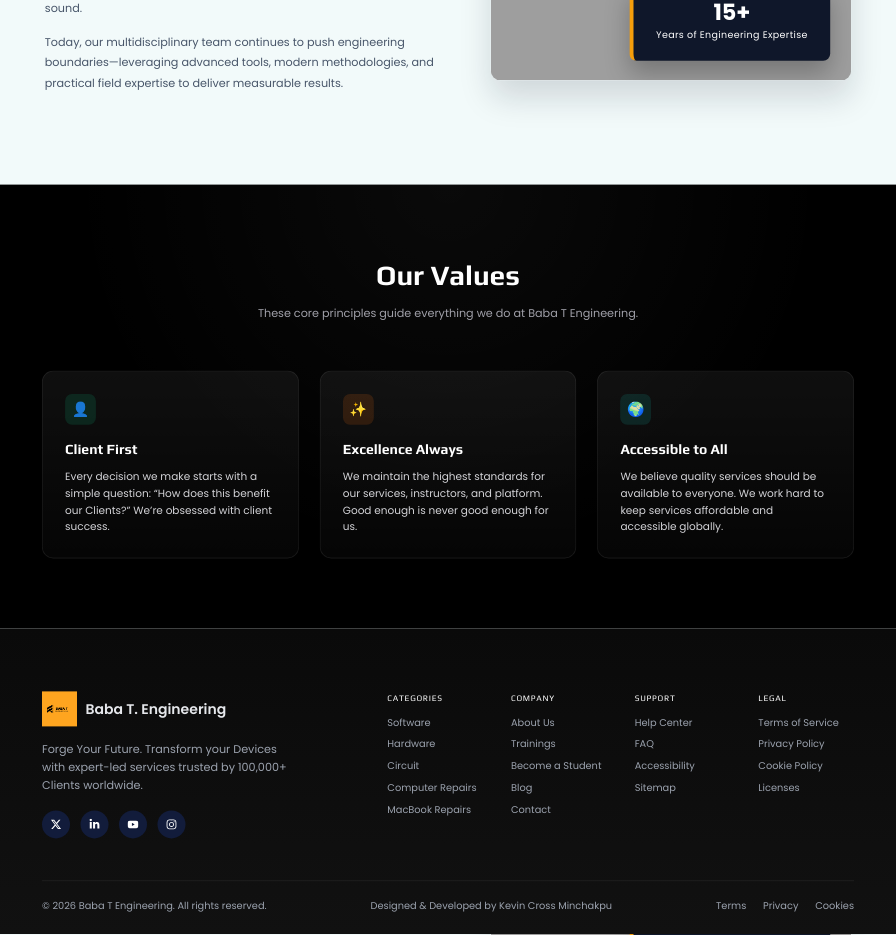
Repository: KC-Minchakpu/babatunde
Page: /about
These files come from the project's save history. The page is drawn as it stood at one moment and after the next save; the edit follows.
The browser window is 1280 px wide. The pictures show the part of the page from y = 974 to 2894 px (the page is 2309 px tall before and 2894 px after), at 70% of full size.
Pictures or frames that could not be fetched are drawn as grey boxes. The project was rebuilt for these pictures with package versions that can differ from the ones it lists, and the page was loaded fresh each time. The framework's server and built-in components were replaced by stand-ins that run in the browser. Also part of the build but not shown: next.config.ts.

Above is the page before, as saved 2026-02-21 10:15:42.

### src/app/layout.tsx
import type { Metadata } from "next";
import { Play, Poppins } from "next/font/google";
import "./globals.css";
import Header from "@/components/Header/Header";
import Footer from "@/components/Footer/Footer";

const play = Play({
  variable: "--font-play",
  subsets: ["latin"],
  weight: ["400", "700"],
});

const poppins = Poppins({
  variable: "--font-poppins",
  subsets: ["latin"],
  weight: ["400", "500", "600", "700"],
});

export const metadata: Metadata = {
  title: "Baba T Engineering",
  description: "Official web app of Baba T Engineering, a leading engineering company specializing in innovative solutions and cutting-edge technology.",
};

export default function RootLayout({
  children,
}: Readonly<{
  children: React.ReactNode;
}>) {
  return (
    <html lang="en">
      <body
        className={`${play.variable} ${poppins.variable} antialiased`}
      >
        <Header />
        {children}
        <Footer />
      </body>
    </html>
  );
}

### src/app/about/page.tsx
import AboutSection from "@/components/About/AboutSection";
import AboutHero from "@/components/About/AboutHero";
import Values from "@/components/Values/Values";


export default function OurTeamPage() {
  return (
    <>
      <AboutHero />
      <AboutSection />
      <Values />
    </>
  )}

### src/app/globals.css
@import "tailwindcss";

:root {
  --background: #f2fafa;
  --foreground: #1f1e1e;
}

body {
  background: var(--background);
  color: var(--foreground);
  font-family: var(--font-poppins);
}

h1, h2, h3, h4, h5, h6 {
  font-family: var(--font-play);
}

h1 {
  color: red;
  font-size: 35px;
}

### src/components/Footer/Footer.tsx
"use client";

import Image from "next/image";
import styles from "./Footer.module.css";
import {
  FaXTwitter,
  FaLinkedinIn,
  FaYoutube,
  FaInstagram
} from "react-icons/fa6";

export default function Footer() {
  return (
    <footer className={styles.footer}>
      <div className={styles.container}>
        <div className={styles.topSection}>

          {/* LEFT BRAND AREA */}
          <div className={styles.brand}>
            <div className={styles.logo}>
              <Image
                src="/images/logo23.png"
                alt="Baba T Logo"
                width={50}
                height={50}
              />
              <span>Baba T. Engineering</span>
            </div>

            <p>
              Forge Your Future. Transform your Devices with expert-led services
              trusted by 100,000+ Clients worldwide.
            </p>

            {/* SOCIAL ICONS */}
            <div className={styles.socials}>
              <a href="#" aria-label="Twitter">
                <FaXTwitter />
              </a>
              <a href="#" aria-label="LinkedIn">
                <FaLinkedinIn />
              </a>
              <a href="#" aria-label="YouTube">
                <FaYoutube />
              </a>
              <a href="#" aria-label="Instagram">
                <FaInstagram />
              </a>
            </div>
          </div>

          {/* LINKS GRID */}
          <div className={styles.linksGrid}>
            <div>
              <h4>CATEGORIES</h4>
              <a>Software</a>
              <a>Hardware</a>
              <a>Circuit</a>
              <a>Computer Repairs</a>
              <a>MacBook Repairs</a>
            </div>

            <div>
              <h4>COMPANY</h4>
              <a>About Us</a>
              <a>Trainings</a>
              <a>Become a Student</a>
              <a>Blog</a>
              <a>Contact</a>
            </div>

            <div>
              <h4>SUPPORT</h4>
              <a>Help Center</a>
              <a>FAQ</a>
              <a>Accessibility</a>
              <a>Sitemap</a>
            </div>

            <div>
              <h4>LEGAL</h4>
              <a>Terms of Service</a>
              <a>Privacy Policy</a>
              <a>Cookie Policy</a>
              <a>Licenses</a>
            </div>
          </div>
        </div>

        <div className={styles.divider}></div>

        <div className={styles.bottomBar}>
          <p>© 2026 Baba T Engineering. All rights reserved.</p>
          <p>Designed & Developed by Kevin Cross Minchakpu</p>

          <div className={styles.bottomLinks}>
            <a>Terms</a>
            <a>Privacy</a>
            <a>Cookies</a>
          </div>
        </div>
      </div>
    </footer>
  );
}

### src/components/About/AboutSection.tsx
// components/AboutSection.tsx
import Image from "next/image";
import styles from "./AboutSection.module.css";

const AboutSection = () => {
  return (
    <section className={styles.section}>
      <div className={styles.container}>
        {/* LEFT CONTENT */}
        <div className={styles.content}>
          <span className={styles.kicker}>ABOUT BABA T. ENGINEERING</span>

          <h2 className={styles.heading}>
            Engineering Excellence Built on Precision & Integrity
          </h2>

          <div className={styles.divider}></div>

          <p>
            Founded with a commitment to technical accuracy and professional
            integrity, Baba T. Engineering delivers innovative engineering
            solutions tailored to modern infrastructure and industrial needs.
            What began as a focused engineering practice has grown into a
            trusted technical partner for clients across multiple sectors.
          </p>

          <p>
            Our approach is rooted in precision design, rigorous analysis,
            and uncompromising quality standards. We collaborate closely with
            clients to provide solutions that are efficient, sustainable,
            and structurally sound.
          </p>

          <p>
            Today, our multidisciplinary team continues to push engineering
            boundaries—leveraging advanced tools, modern methodologies,
            and practical field expertise to deliver measurable results.
          </p>
        </div>

        {/* RIGHT IMAGE */}
        <div className={styles.imageWrapper}>
          <Image
            src="/images/circuit.jpg"
            alt="Circuit Board"
            fill
            className={styles.image}
            priority
          />

          <div className={styles.badge}>
            <span className={styles.badgeNumber}>15+</span>
            <span className={styles.badgeText}>Years of Engineering Expertise</span>
          </div>
        </div>
      </div>
    </section>
  );
};

export default AboutSection;

### src/components/About/AboutHero.tsx
// components/AboutHero.tsx
import styles from "./AboutHero.module.css";

const AboutHero = () => {
  return (
    <section className={styles.hero}>
          {/* Dark Overlay */}
      <div className={styles.overlay}></div>

      {/* Content */}
      <div className={styles.content}>
        <span className={styles.kicker}>ABOUT US</span>

        <h1 className={styles.heading}>
          Engineering Excellence <br /> Since 2008
        </h1>

        <p className={styles.description}>
          For over a decade, Baba T. Engineering has been delivering
          innovative, reliable, and precision-driven engineering solutions
          built on integrity, performance, and measurable results.
        </p>
      </div>
    </section>
  );
};

export default AboutHero;

### src/components/Values/Values.tsx
import styles from "./Values.module.css";

export default function Values() {
  return (
    <section className={styles.values}>
      <div className={styles.container}>
        {/* Header */}
        <div className={styles.header}>
          <h2>Our Values</h2>
          <p>These core principles guide everything we do at Baba T Engineering.</p>
        </div>

        {/* Cards */}
        <div className={styles.grid}>
          <div className={styles.card}>
            <div className={`${styles.icon} ${styles.iconGreen}`}>
              👤
            </div>
            <h3>Client First</h3>
            <p>
              Every decision we make starts with a simple question: “How does
              this benefit our Clients?” We’re obsessed with client success.
            </p>
          </div>

          <div className={styles.card}>
            <div className={`${styles.icon} ${styles.iconOrange}`}>
              ✨
            </div>
            <h3>Excellence Always</h3>
            <p>
              We maintain the highest standards for our services, instructors,
              and platform. Good enough is never good enough for us.
            </p>
          </div>

          <div className={styles.card}>
            <div className={`${styles.icon} ${styles.iconTeal}`}>
              🌍
            </div>
            <h3>Accessible to All</h3>
            <p>
              We believe quality services should be available to everyone. We
              work hard to keep services affordable and accessible globally.
            </p>
          </div>
        </div>
      </div>
    </section>
  );
}

### src/components/Header/Header.module.css
.header {
  width: 100%;
  height: 100px;
  background: #0F1A20;
  padding: 20px;
  position: sticky;
  top: 0;
  z-index: 1000;
}

.container {
  width: 90%;
  margin: 0 auto;
  display: flex;
  align-items: center;
  justify-content: space-between;
}

/* Logo */
.logo {
  display: flex;
  align-items: center;
  gap: 8px;
  cursor: pointer;
}

.logoCircle {
  width: 40px;
  height: 40px;
  border-radius: 50%;
  background: linear-gradient(135deg, #8e2de2, #4a00e0);
  display: flex;
  align-items: center;
  justify-content: center;
  color: white;
  font-weight: bold;
}

.logoText {
  font-size: 25px;
  font-weight: 600;
  color: #ffffff;
  font-family: "Poppins", sans-serif;
}

/* Nav */
.nav {
  display: flex;
  align-items: center;
  gap: 24px;
  font-family: 'Play', sans-serif;

}

.nav a,
.dropdownToggle {
  color: #ffffff;
  text-decoration: none;
  font-size: 19px;
  cursor: pointer;
  position: relative;
  transition: color 0.3s ease;
}

.nav a:hover,
.dropdownToggle:hover {
  color: #FFD23F;
}

/* Dropdown */
.dropdown {
  position: relative;
}

.dropdownMenu {
  position: absolute;
  width: 250px;
  top: 35px;
  left: 0;
  background: #0F1A20;
  border-radius: 8px;
  padding: 10px 0;
  min-width: 180px;
  box-shadow: 0 10px 25px rgba(0, 0, 0, 0.15);
  display: flex;
  flex-direction: column;
}

.dropdownMenu a {
  padding: 10px 16px;
  color: #ffffff;
  font-size: 19px;
  text-decoration: none;
  transition: background 0.2s ease;
}

.dropdownMenu a:hover {
  color: #FFD23F;
}

/* Buttons */
.actions {
  display: flex;
  gap: 12px;
}

.signIn {
  padding: 8px 18px;
  border-radius: 8px;
  border: none;
  cursor: pointer;
  color: white;
  background: #143458;
  font-size: 14px;
}

.signUp {
  padding: 8px 18px;
  border-radius: 8px;
  border: none;
  cursor: pointer;
  color: white;
  background: #63054b;
  font-size: 14px;
}

/* Responsive */
@media (max-width: 1024px) {
  .nav {
    display: none;
  }
}

.active {
  color: #f1b32b;
  font-weight: 600;
  position: relative;
}

.active::after {
  content: "";
  position: absolute;
  left: 0;
  bottom: -6px;
  width: 100%;
  height: 2px;
  background-color: #e9c03a;
}

### src/components/Footer/Footer.module.css
.footer {
  background: linear-gradient(
    180deg,
    #0a0a0a,
    #111111
  );
  color: #e5e7eb;
  padding: 90px 0 30px;
}

.container {
  max-width: 1200px;
  margin: 0 auto;
  padding: 0 20px;
}

/* TOP SECTION */
.topSection {
  display: flex;
  justify-content: space-between;
  gap: 60px;
}

/* BRAND */
.brand {
  flex: 1.3;
}

.logo {
  display: flex;
  align-items: center;
  gap: 12px;
  font-weight: 600;
  font-size: 20px;
  margin-bottom: 20px;
}

.logoBox {
  width: 34px;
  height: 34px;
  border-radius: 10px;
  background: linear-gradient(135deg, #14b8a6, #f97316);
}

.brand p {
  color: #9ca3af;
  line-height: 1.6;
  margin-bottom: 24px;
  max-width: 350px;
}

/* =========================
   SOCIAL ICONS
========================= */
.socials {
  display: flex;
  gap: 15px;
  margin-top: 20px;
}

.socials a {
  width: 40px;
  height: 40px;
  background: #121c3b;
  border-radius: 50%;
  display: flex;
  align-items: center;
  justify-content: center;
  color: #ffffff;
  font-size: 16px;
  transition: all 0.3s ease;
}

.socials a:hover {
  background: #f8af28;
  transform: translateY(-4px);
}


/* LINKS GRID */
.linksGrid {
  flex: 2;
  display: grid;
  grid-template-columns: repeat(4, 1fr);
  gap: 40px;
}

.linksGrid h4 {
  font-size: 12px;
  letter-spacing: 1px;
  margin-bottom: 16px;
  color: #ffffff;
}

.linksGrid a {
  display: block;
  font-size: 14px;
  color: #9ca3af;
  margin-bottom: 10px;
  cursor: pointer;
  transition: color 0.3s ease;
}

.linksGrid a:hover {
  color: #ffffff;
}

/* DIVIDER */
.divider {
  height: 1px;
  background: rgba(255, 255, 255, 0.08);
  margin: 60px 0 25px;
}

/* BOTTOM BAR */
.bottomBar {
  display: flex;
  justify-content: space-between;
  align-items: center;
  font-size: 14px;
  color: #9ca3af;
}

.bottomLinks {
  display: flex;
  gap: 24px;
}

.bottomLinks a {
  cursor: pointer;
  transition: color 0.3s ease;
}

.bottomLinks a:hover {
  color: white;
}

/* RESPONSIVE */
@media (max-width: 1024px) {
  .topSection {
    flex-direction: column;
    gap: 50px;
  }

  .linksGrid {
    grid-template-columns: repeat(2, 1fr);
  }

  .bottomBar {
    flex-direction: column;
    gap: 15px;
    text-align: center;
  }
}

@media (max-width: 600px) {
  .linksGrid {
    grid-template-columns: 1fr;
  }
}

### src/components/About/AboutSection.module.css
.section {
  padding: 110px 0;
   background: linear-gradient(
      to right,
      rgba(248, 250, 252, 0.95),
      rgba(248, 250, 252, 0.8)
    ),
}

.container {
  width: 90%;
  max-width: 1200px;
  margin: 0 auto;

  display: grid;
  grid-template-columns: 1.1fr 1fr;
  gap: 70px;
  align-items: center;
}

/* LEFT CONTENT */

.content {
  color: #1e293b; /* slate tone */
}

.kicker {
  font-size: 1rem;
  letter-spacing: 2px;
  font-weight: 700;
  color: #5a5957;
  text-transform: uppercase;
  margin-bottom: 14px;
  display: inline-block;
}

.heading {
  font-size: 2.6rem;
  font-weight: 800;
  line-height: 1.25;
  margin-bottom: 18px;
}

.divider {
  width: 70px;
  height: 4px;
  background-color: #0f172a; /* deep engineering blue */
  margin-bottom: 28px;
}

.content p {
  font-size: 1rem;
  line-height: 1.8;
  margin-bottom: 20px;
  color: #475569;
}

/* RIGHT IMAGE */

.imageWrapper {
  position: relative;
  width: 100%;
  height: 520px;
  border-radius: 14px; /* sharper than law version */
  overflow: hidden;
  box-shadow: 0 25px 45px rgba(15, 23, 42, 0.15);
}

.image {
  object-fit: cover;
}

/* BADGE – redesigned as technical stat block */

.badge {
  position: absolute;
  bottom: 28px;
  right: 30px;

  background-color: #0f172a;
  color: white;

  padding: 26px 32px;
  border-radius: 10px;

  display: flex;
  flex-direction: column;
  align-items: center;

  border-left: 6px solid #f59e0b;
  box-shadow: 0 18px 35px rgba(0, 0, 0, 0.25);
}

.badgeNumber {
  font-size: 2rem;
  font-weight: 800;
  line-height: 1;
}

.badgeText {
  font-size: 0.85rem;
  margin-top: 6px;
  text-align: center;
  letter-spacing: 0.5px;
}

/* RESPONSIVE */

@media (max-width: 992px) {
  .container {
    grid-template-columns: 1fr;
    gap: 60px;
  }

  .imageWrapper {
    height: 420px;
  }
}

@media (max-width: 600px) {
  .section {
    padding: 80px 0;
  }

  .heading {
    font-size: 2rem;
  }

  .imageWrapper {
    height: 320px;
  }

  .badge {
    right: 20px;
    padding: 18px 22px;
  }

  .badgeNumber {
    font-size: 1.6rem;
  }
}

### src/components/About/AboutHero.module.css
.hero {
  position: relative;
  height: 320px;
  display: flex;
  align-items: center;
  padding: 0 8%;
  overflow: hidden;
  color: white;
}

/* Dark blue engineering overlay */
.overlay {
  position: absolute;
  inset: 0;
  background: #242a38;
  z-index: 1;
}

/* Content */
.content {
  position: relative;
  z-index: 2;
  max-width: 750px;
}

.kicker {
  font-size: 0.85rem;
  font-weight: 700;
  letter-spacing: 2px;
  color: #f59e0b; /* engineering amber */
  text-transform: uppercase;
  margin-bottom: 18px;
  display: inline-block;
}

.heading {
  font-size: 3rem;
  font-weight: 800;
  line-height: 1.15;
  margin-bottom: 24px;
  color: #e2e8f0;
}

.description {
  font-size: 1rem;
  line-height: 1.8;
  color: #e2e8f0;
  max-width: 600px;
}

/* Responsive */

@media (max-width: 992px) {
  .hero {
    height: 480px;
    padding: 0 6%;
  }

  .heading {
    font-size: 2.6rem;
  }
}

@media (max-width: 600px) {
  .hero {
    height: 420px;
    padding: 0 5%;
  }

  .heading {
    font-size: 2rem;
  }

  .description {
    font-size: 1rem;
  }
}

### src/components/Values/Values.module.css
.values {
  background: radial-gradient(
      circle at top,
      rgba(255, 255, 255, 0.04),
      transparent 60%
    ),
    #000;
  padding: 100px 0;
  color: #fff;
}

.container {
  max-width: 1200px;
  margin: 0 auto;
  padding: 0 20px;
}

.header {
  text-align: center;
  margin-bottom: 70px;
}

.header h2 {
  font-size: 40px;
  font-weight: 700;
  margin-bottom: 12px;
}

.header p {
  font-size: 16px;
  color: #a1a1aa;
}

/* GRID */
.grid {
  display: grid;
  grid-template-columns: repeat(3, 1fr);
  gap: 30px;
}

/* CARD */
.card {
  background: linear-gradient(
    180deg,
    rgba(255, 255, 255, 0.06),
    rgba(255, 255, 255, 0.02)
  );
  border: 1px solid rgba(255, 255, 255, 0.08);
  border-radius: 16px;
  padding: 32px;
  transition: transform 0.3s ease, box-shadow 0.3s ease;
}

.card:hover {
  transform: translateY(-6px);
  box-shadow: 0 20px 40px rgba(0, 0, 0, 0.6);
}

.card h3 {
  font-size: 20px;
  font-weight: 600;
  margin-bottom: 12px;
}

.card p {
  font-size: 15px;
  line-height: 1.6;
  color: #d4d4d8;
}

/* ICON */
.icon {
  width: 44px;
  height: 44px;
  border-radius: 10px;
  display: flex;
  align-items: center;
  justify-content: center;
  font-size: 20px;
  margin-bottom: 20px;
}

.iconGreen {
  background: rgba(16, 185, 129, 0.15);
  color: #10b981;
}

.iconOrange {
  background: rgba(249, 115, 22, 0.15);
  color: #f97316;
}

.iconTeal {
  background: rgba(20, 184, 166, 0.15);
  color: #14b8a6;
}

/* RESPONSIVE */
@media (max-width: 1024px) {
  .grid {
    grid-template-columns: 1fr;
  }

  .card {
    text-align: left;
  }
}

@media (max-width: 600px) {
  .header h2 {
    font-size: 32px;
  }
}

### src/components/About/MissionVision.tsx
// components/MissionVision.tsx
import styles from "./MissionVision.module.css";

const MissionVision = () => {
  return (
    <section className={styles.section}>
      <div className={styles.container}>
        {/* Mission Card */}
        <div className={styles.card}>
          <span className={styles.kicker}>OUR MISSION</span>
          <h3 className={styles.text}>
            To deliver innovative, reliable, and precision-driven engineering
            solutions that power infrastructure and industrial growth.
          </h3>
        </div>

        {/* Vision Card */}
        <div className={styles.card}>
          <span className={styles.kicker}>OUR VISION</span>
          <h3 className={styles.text}>
            To be a leading engineering partner recognized for excellence,
            technical integrity, and transformative impact across industries.
          </h3>
        </div>
      </div>
    </section>
  );
};

export default MissionVision;

### src/components/About/MissionVision.module.css
.section {
  background: linear-gradient(to right, #0f172a, #111827);
  padding: 120px 8%;
}

.container {
  max-width: 1200px;
  margin: 0 auto;

  display: grid;
  grid-template-columns: repeat(2, 1fr);
  gap: 40px;
}

.card {
  background-color: #2a2f3a;
  padding: 50px 45px;
  border-radius: 20px;

  box-shadow: 0 20px 40px rgba(0, 0, 0, 0.35);
  transition: transform 0.3s ease, box-shadow 0.3s ease;
}

.card:hover {
  transform: translateY(-6px);
  box-shadow: 0 25px 50px rgba(0, 0, 0, 0.45);
}

.kicker {
  font-size: 0.85rem;
  font-weight: 700;
  letter-spacing: 2px;
  color: #f59e0b; /* engineering amber */
  text-transform: uppercase;
  margin-bottom: 20px;
  display: inline-block;
}

.text {
  font-size: 1.8rem;
  font-weight: 700;
  line-height: 1.4;
  color: #f1f5f9;
}

/* Responsive */

@media (max-width: 992px) {
  .container {
    grid-template-columns: 1fr;
  }

  .card {
    padding: 40px 35px;
  }

  .text {
    font-size: 1.5rem;
  }
}

@media (max-width: 600px) {
  .section {
    padding: 90px 6%;
  }

  .text {
    font-size: 1.3rem;
  }
}

Loaded but not shown: src/components/Header/Header.tsx (131 lines, source omitted)

After the next save:
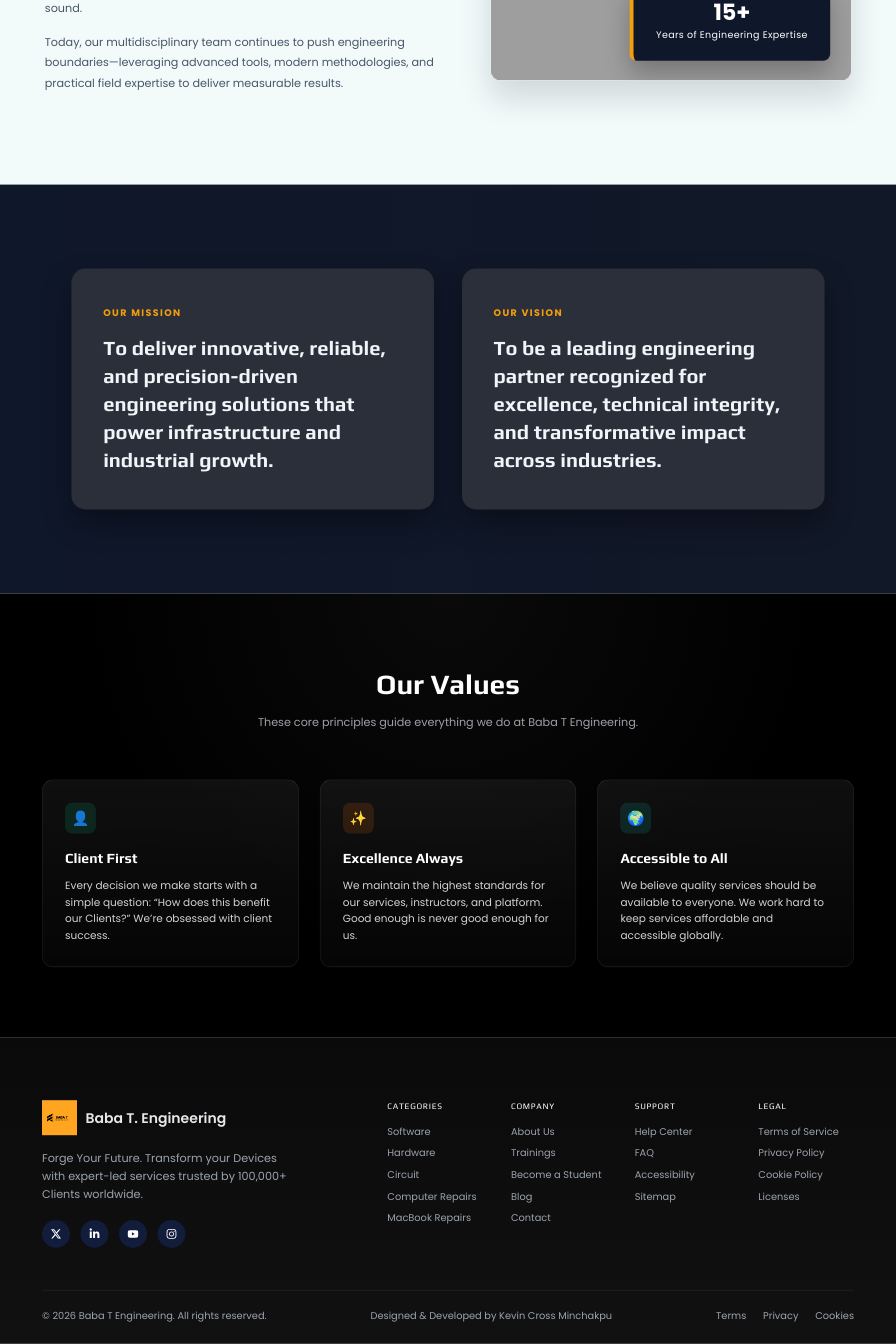
Saved 76 s later.
--- a/src/app/about/page.tsx
+++ b/src/app/about/page.tsx
@@ -1,6 +1,7 @@
 import AboutSection from "@/components/About/AboutSection";
 import AboutHero from "@/components/About/AboutHero";
 import Values from "@/components/Values/Values";
+import MissionVision from "@/components/About/MissionVision";
 
 
 export default function OurTeamPage() {
@@ -8,6 +9,7 @@ export default function OurTeamPage() {
     <>
       <AboutHero />
       <AboutSection />
+      <MissionVision />
       <Values />
     </>
   )}
